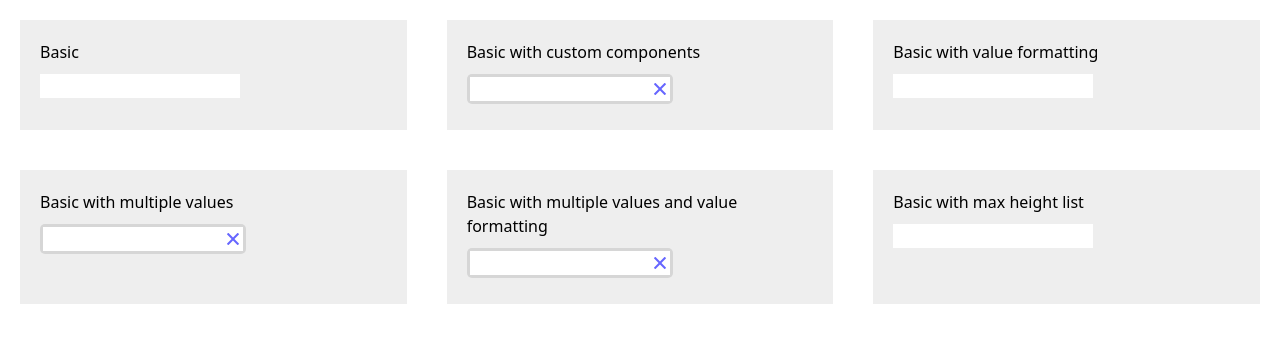
Repository: Frexity/frx-react
Page: / (app in ui/react-select/)
These files come from the project's save history. The page is drawn as it stood at one moment and after the next save; the edit follows.
The browser window is 1280 px wide. The pictures show the whole page.
Some web libraries are served in a nearby version. The project was rebuilt for these pictures with package versions that can differ from the ones it lists, and the page was loaded fresh each time. Also part of the build but not shown: ui/react-select/vite.config.ts, ui/react-select/src/CustomSelectComponents/ListLoadingIndicator.tsx, ui/react-select/src/dummy-components/ControlLoadingIndicator.tsx, ui/react-select/src/dummy-components/ListLoadingIndicator.tsx.

Above is the page before, as saved 2022-08-21 01:03:54.

After the next save:
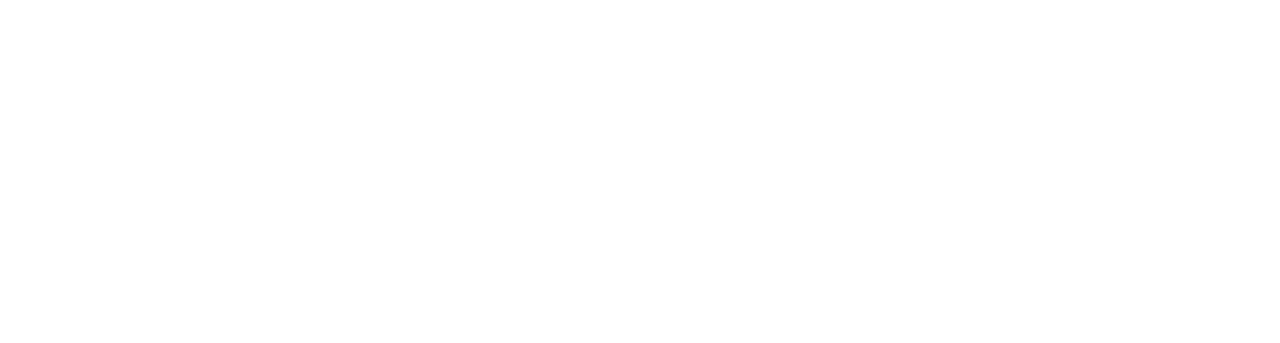
Console error: ReferenceError: id is not defined
Saved 56 s later.
--- a/ui/react-select/src/Select/Input.tsx
+++ b/ui/react-select/src/Select/Input.tsx
@@ -9,19 +9,7 @@
   onFocus: () => void
 }
 
-const InnerInput = memo(({ valueFormatter, selectedValues, id, onFocus }: InnerInputProps) => {
-  const formattedValue = valueFormatter
-    ? Array.isArray(selectedValues)
-      ? selectedValues.map(valueFormatter)
-      : valueFormatter(selectedValues)
-    : selectedValues
-
-  return (
-    <div id={id} onClick={onFocus} style={{ width: 200, backgroundColor: '#fff', height: 24 }}>
-      {formattedValue}
-    </div>
-  )
-})
+const InnerInput = memo(({ valueFormatter, selectedValues, id, onFocus }: InnerInputProps) => {})
 
 export const Input = memo(({ valueFormatter }: Pick<SelectProps, 'valueFormatter'>) => {
   const { state, dispatch } = useContext<any>(SelectContext)
@@ -30,12 +18,15 @@
     dispatch({ isOpen: true })
   }, [dispatch])
 
+  const formattedValue = valueFormatter
+    ? Array.isArray(state.selectedValues)
+      ? state.selectedValues.map(valueFormatter)
+      : valueFormatter(state.selectedValues)
+    : state.selectedValues
+
   return (
-    <InnerInput
-      selectedValues={state.selectedValues}
-      id={state.inputElementId}
-      onFocus={onFocus}
-      valueFormatter={valueFormatter}
-    />
+    <div id={id} onClick={onFocus} style={{ width: 200, backgroundColor: '#fff', height: 24 }}>
+      {formattedValue}
+    </div>
   )
 })

After the save that followed:
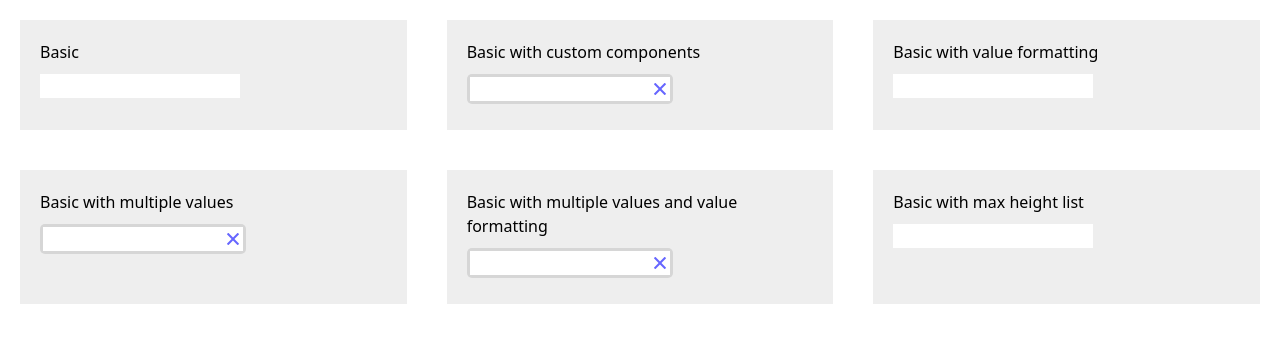
The error is gone.
Saved 47 s later.
--- a/ui/react-select/src/Select/Input.tsx
+++ b/ui/react-select/src/Select/Input.tsx
@@ -1,15 +1,6 @@
 import { useContext, useCallback, memo } from 'react'
 import { SelectContext } from './Context'
 import { SelectProps } from './types'
-
-interface InnerInputProps {
-  valueFormatter: SelectProps['valueFormatter']
-  selectedValues: string
-  id: string
-  onFocus: () => void
-}
-
-const InnerInput = memo(({ valueFormatter, selectedValues, id, onFocus }: InnerInputProps) => {})
 
 export const Input = memo(({ valueFormatter }: Pick<SelectProps, 'valueFormatter'>) => {
   const { state, dispatch } = useContext<any>(SelectContext)
@@ -25,7 +16,7 @@
     : state.selectedValues
 
   return (
-    <div id={id} onClick={onFocus} style={{ width: 200, backgroundColor: '#fff', height: 24 }}>
+    <div id={state.inputElementId} onClick={onFocus} style={{ width: 200, backgroundColor: '#fff', height: 24 }}>
       {formattedValue}
     </div>
   )
